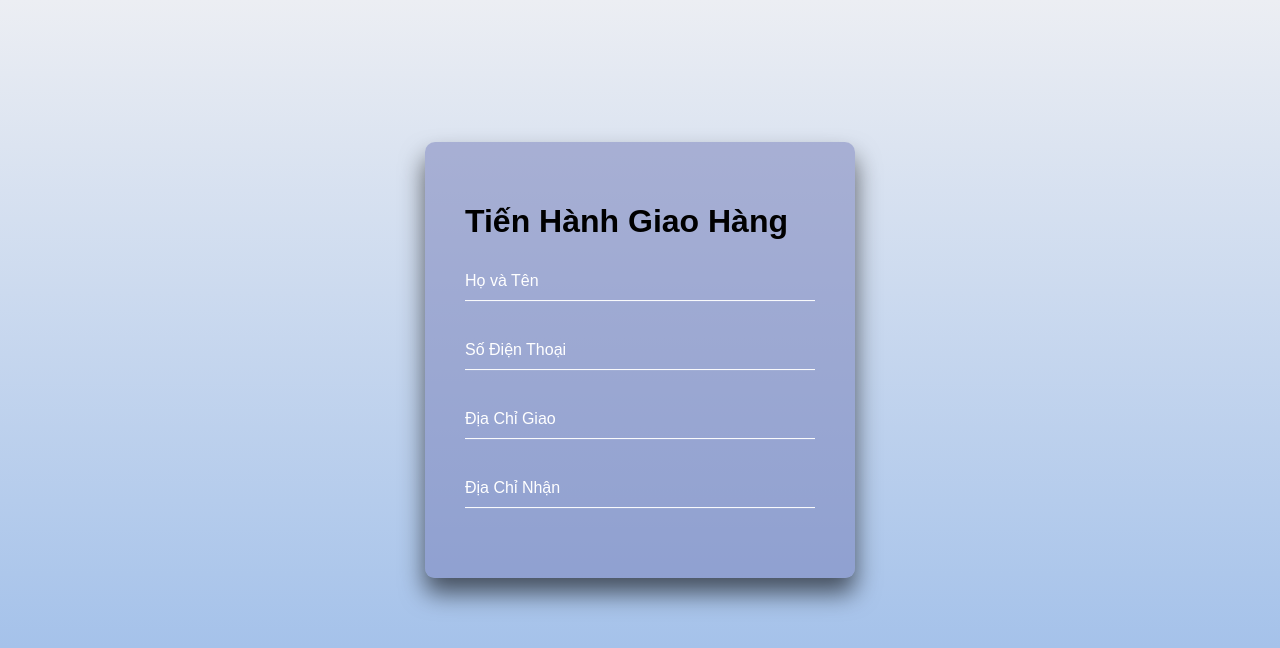
Repository: Pnguyen285/Demo
Page: Giao diện/index.html
These files come from the project's save history. The page is drawn as it stood at one moment and after a run of saves; the edit follows.
The browser window is 1280 px wide. The pictures show the whole page.

Above is the page before, as saved 2023-07-27 22:07:31.

After the next 3 saves:
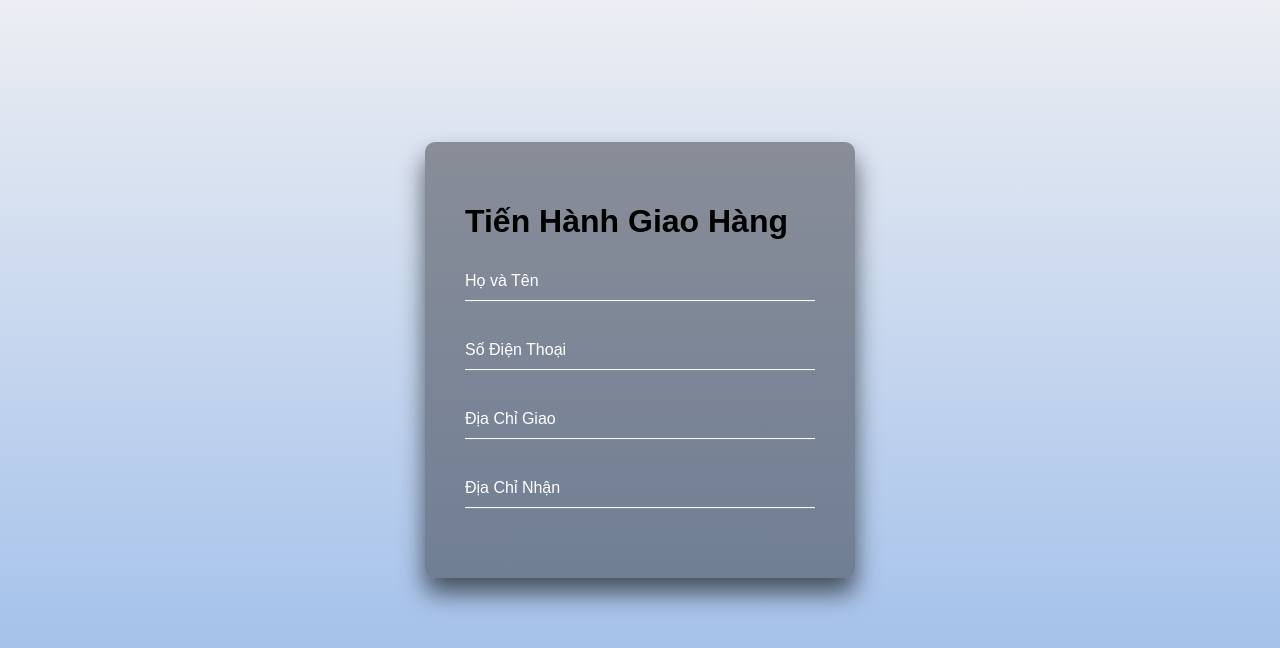
The 3 saves are shown as one change because they came seconds apart.
The last was saved 4 min 51 s later.
--- a/Giao diện/style.css
+++ b/Giao diện/style.css
@@ -15,7 +15,7 @@ body {
   width: 430px;
   padding: 40px;
   transform: translate(-50%, -50%);
-  background: rgba(116, 124, 184, 0.5);
+  background: rgba(55, 56, 64, 0.5);
   box-sizing: border-box;
   box-shadow: 0 15px 25px rgba(0,0,0,.6);
   border-radius: 10px;
